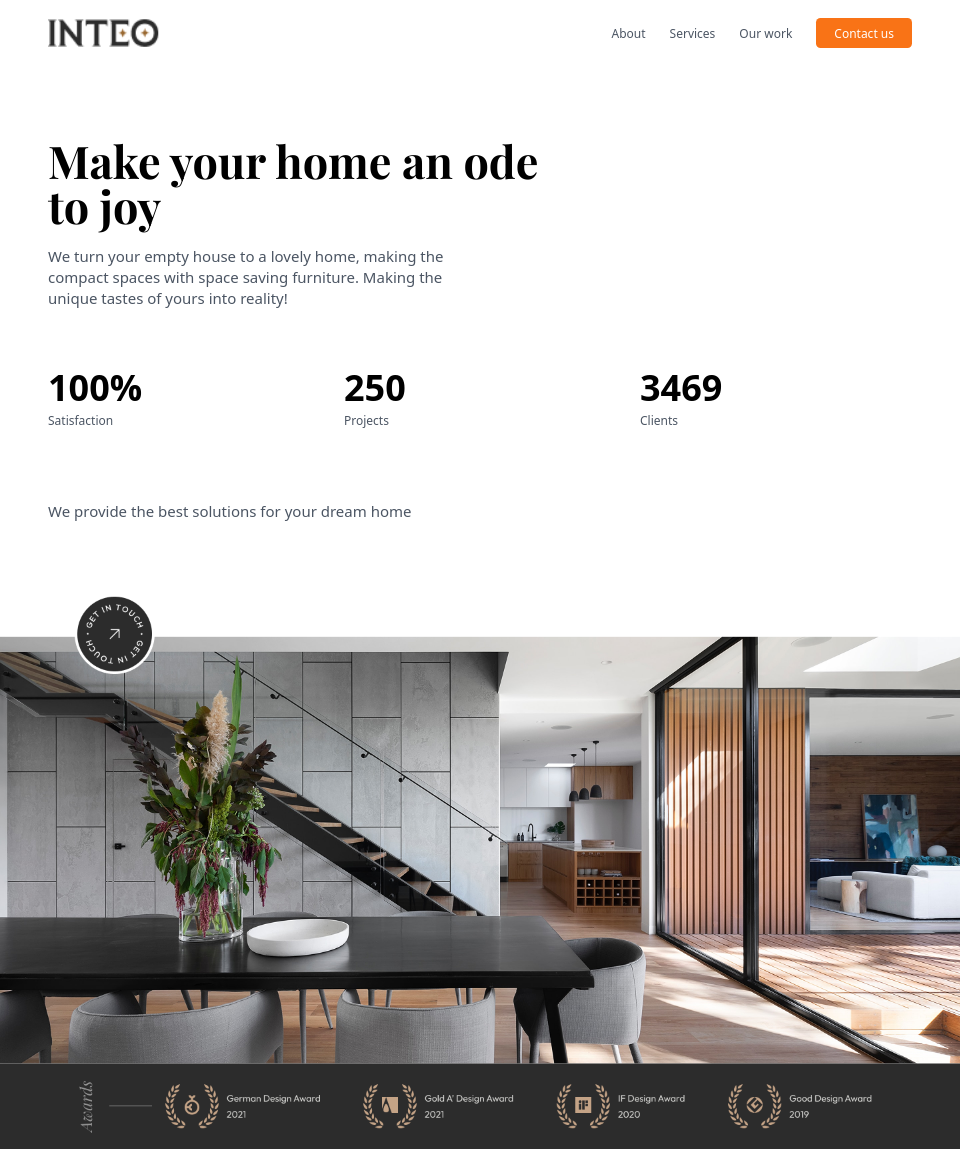
Repository: CatherinneJ/responsive-tailwind-website
Page: tailwind.html
These files come from the project's save history. The page is drawn as it stood at one moment and after the next save; the edit follows.
The browser window is 1280 px wide. The pictures show the whole page, at 75% of full size.
Some web libraries are served in a nearby version.

Above is the page before, as saved 2025-05-20 17:42:06.

After the next save:
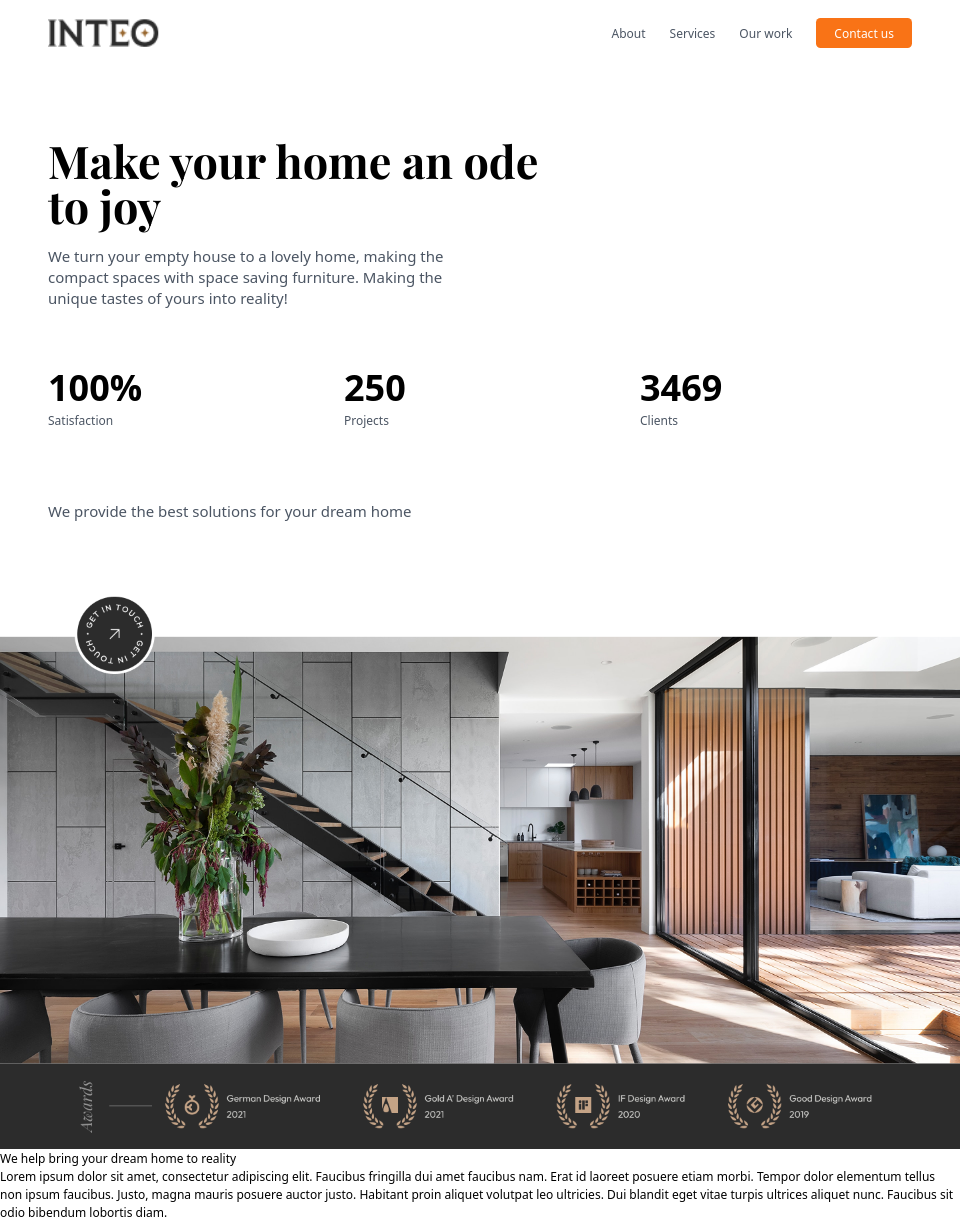
Saved 3 min 28 s later.
--- a/tailwind.html
+++ b/tailwind.html
@@ -59,5 +59,16 @@
     <section id="awards">
         <img src="./Assets/Awards.png" class="w-full" alt="background1" alt="award">
     </section>
+
+    <section>
+        <h2>
+            <p>
+                We help bring your dream home to reality
+            </p>
+        </h2>
+        <p>
+            Lorem ipsum dolor sit amet, consectetur adipiscing elit. Faucibus fringilla dui amet faucibus nam. Erat id laoreet posuere etiam morbi. Tempor dolor elementum tellus non ipsum faucibus. Justo, magna mauris posuere auctor justo. Habitant proin aliquet volutpat leo ultricies. Dui blandit eget vitae turpis ultrices aliquet nunc. Faucibus sit odio bibendum lobortis diam.
+        </p>
+    </section>
 </body>
 </html>
